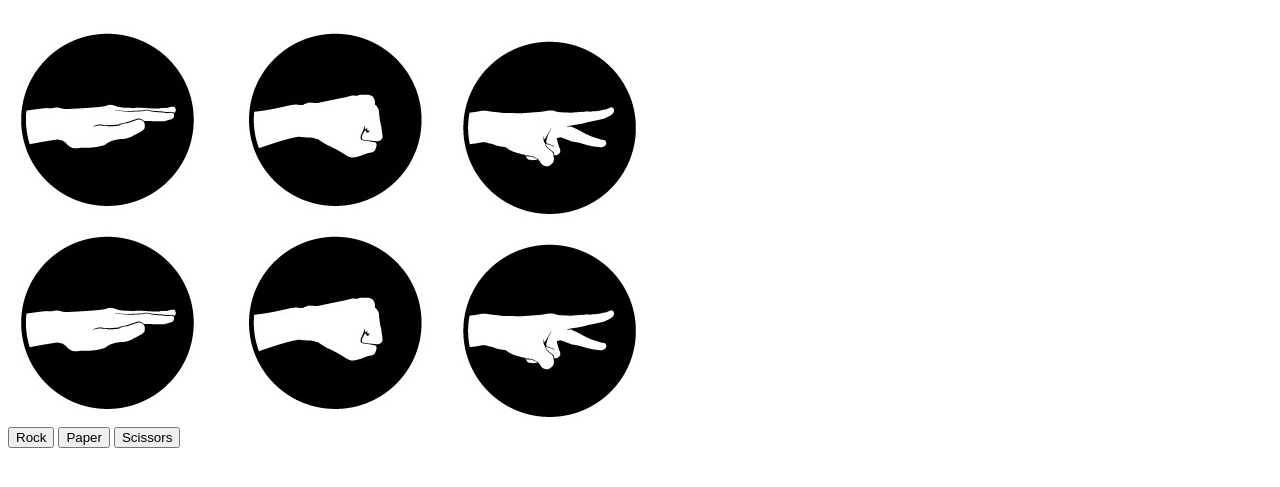
Repository: Milineam6162/workspace
Page: workspace 5/html/rockps.html
The author's editor kept a record of every edit. The page is drawn from the files as they stood at one moment, then again after the next edit.
The browser window is 1280 px wide. The pictures show the whole page.

Above is the page before.

### workspace 5/html/rockps.html
<!DOCTYPE html>
<html>
    <head>
        <title>Rock Paper</title>
        <link rel="stylesheet" href="../stylesheet/stylesheet.css" type="text/css" />
    </head>
    <body>
        <h1 id="result"></h1>
        <h1 id = "winner"></h1>
        <div>
            <img id="pr" src="../img/Paper.jpg"></img>
            <img id="pp" src="../img/Rock.jpg"></img>
            <img id="ps" src="../img/Scissors.jpg"></img>
        </div>
        <div>
            <img id="cr" src="../img/Paper.jpg"></img>
            <img id="cp" src="../img/Rock.jpg"></img>
            <img id="cs" src="../img/Scissors.jpg"></img>
        </div>

        <button onClick="playRockPaperScissors(0)">Rock</button>
        <button onClick="playRockPaperScissors(1)">Paper</button>
        <button onClick="playRockPaperScissors(2)">Scissors</button>

        <script>
            function playRockPaperScissors(player) {

                var computer= Math.floor(Math.random()*3);
                var winner = document.getElementById("winner");
                var result = document.getElementById("result");
                var playerResult = " player: ";
                var computerResult = " computer: ";
                var pr = document.getElementById("pr");
                var pp = document.getElementById("pp");
                var ps = document.getElementById("ps");
                var cr = document.getElementById("cr");
                var cp = document.getElementById("cp");
                var cs = document.getElementById("cs");
                pr.classList.remove("show");
                pp.classList.remove("show");
                ps.classList.remove("show");
                cr.classList.remove("show");
                cp.classList.remove("show");
                cs.classList.remove("show");
                // Rock = 0
                // Paper = 1
                // Sicissors = 2
                if (player === 0){
                    pr.classList.add("show")
                    winner.innerHTML= "You Win";
                    playerResult += "Rock"
                    if (computer === 2){
                        cs.classList.add("show")
                        winner.innerHTML= "You Win";
                        computerResult += "Sicissors"
                    }
                    else if (computer === 1){
                       cp.classList.add("show")
                        winner.innerHTML= "You Lose";
                        computerResult += "Paper"
                    }
                    else {
                        winner.innerHTML= "Draw";

                    }
                }
                    else if (player === 1){
                    pp.classList.add("show")
                    winner.innerHTML= "You Win";
                    playerResult += "Paper"
                        if (computer === 0){
                        cr.classList.add("show")
                        winner.innerHTML= "You Lose";
                        computerResult += "Rock"
                    }
                        else if (computer === 2){
                        cs.classList.add("show")
                        winner.innerHTML= "You Win";
                        computerResult += "Sicissors"
                    }
                    else {
                        winner.innerHTML= "Draw";

                    }
                    }
                    else{
                    ps.classList.add("show")
                    winner.innerHTML= "You Win";
                    playerResult += "Sicissors"
                        if (computer === 0){
                       cr.classList.add("show")
                        winner.innerHTML= "You Lose";
                        computerResult += "Rock"
                    }
                        else if (computer === 1){
                        cp.classList.add("show")
                        winner.innerHTML= "You Lose";
                        computerResult += "Paper"
                    }
                    else {
                        winner.innerHTML= "Draw";

                    }
                    }
                result.innerHTML=playerResult +=  computerResult;
            }
        </script>
    </body>
</html>

### workspace 5/stylesheets/stylesheet.css
.hide{
        width:400px;
        display: none;
}
.show {
    display:block;
}

After the next edit:
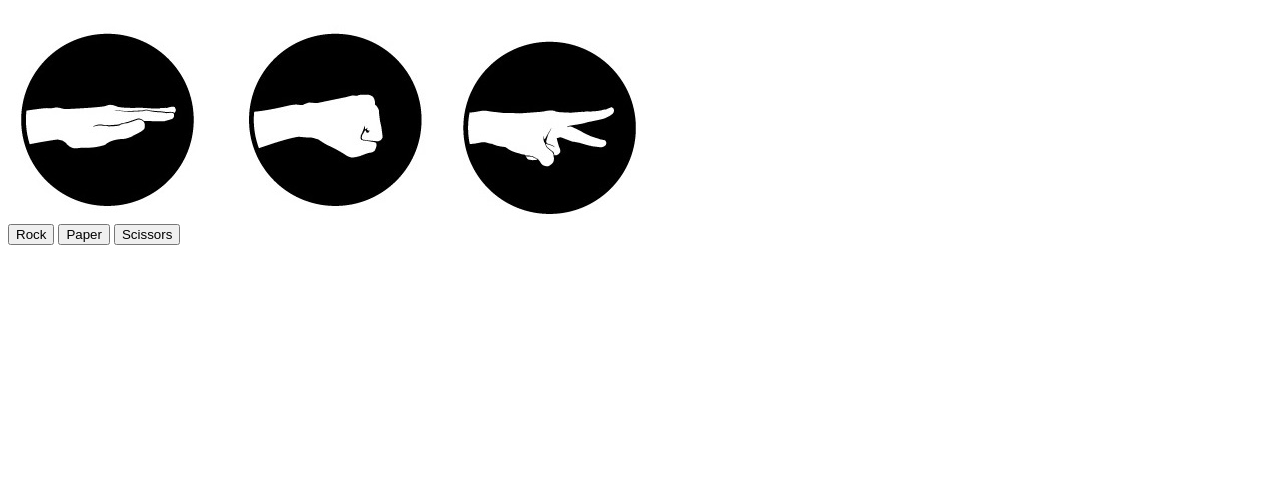
The edit:
--- a/workspace 5/html/rockps.html
+++ b/workspace 5/html/rockps.html
@@ -8,9 +8,9 @@
         <h1 id="result"></h1>
         <h1 id = "winner"></h1>
         <div>
-            <img id="pr" src="../img/Paper.jpg"></img>
-            <img id="pp" src="../img/Rock.jpg"></img>
-            <img id="ps" src="../img/Scissors.jpg"></img>
+            <img class="hide" id="pr" src="../img/Paper.jpg"></img>
+            <img class="hide" id="pp" src="../img/Rock.jpg"></img>
+            <img class="hide" id="ps" src="../img/Scissors.jpg"></img>
         </div>
         <div>
             <img id="cr" src="../img/Paper.jpg"></img>
